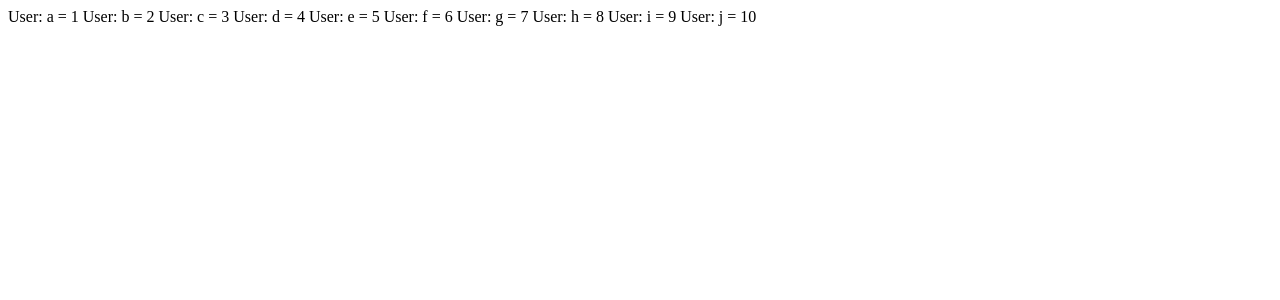
Repository: dklinger/Studium
Page: http://localhost/20140526_Aufgabe27.php
An editor plug-in stored every save of this project. The page is shown before and after the next save, followed by the edit.
The browser window is 1280 px wide. The pictures show the whole page.
The page is run by PHP 8.4 with error messages shown; the project is at /var/www/html/.

Above is the page before, as saved 2014-05-26 18:01:25.

### SS2014/Skriptsprachenorientierte Programmiertechnik/Uebungen/20140526_Aufgabe27.php
<?php

$users = array("a", "b", "c", "d", "e", "f", "g", "h", "i", "j");
$passwords = array(1, 2, 3, 4, 5, 6, 7, 8, 9, 10);

for($i = 0; $i < count($users); $i++)
{
	print("User: $users[$i] = $passwords[$i]\r\n");
}


?>

After the next save:
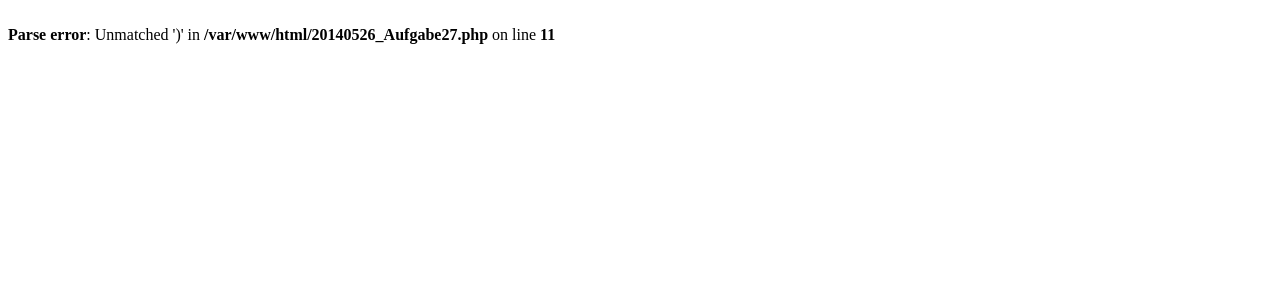
Saved 23 s later.
--- a/SS2014/Skriptsprachenorientierte Programmiertechnik/Uebungen/20140526_Aufgabe27.php
+++ b/SS2014/Skriptsprachenorientierte Programmiertechnik/Uebungen/20140526_Aufgabe27.php
@@ -8,5 +8,6 @@ for($i = 0; $i < count($users); $i++)
 	print("User: $users[$i] = $passwords[$i]\r\n");
 }
 
+$user = trim(fgets($handle)))
 
 ?>
